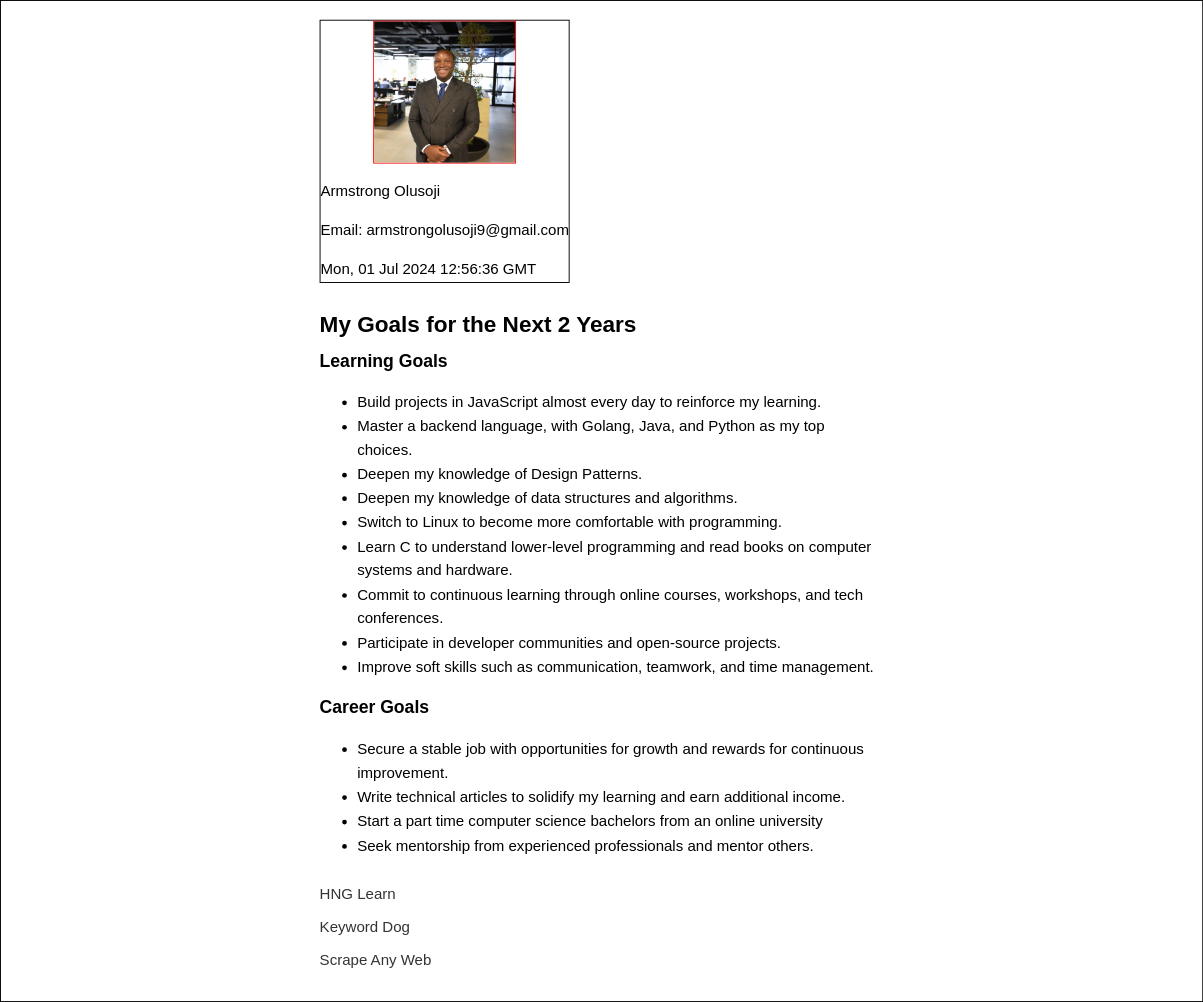
Repository: Armstrong2035/hng-project-one
Page: index.html
These files come from the project's save history. The page is drawn as it stood at one moment and after the next save; the edit follows.
The browser window is 1280 px wide. The pictures show the whole page, at 94% of full size.

Above is the page before, as saved 2024-07-01 16:28:54.

After the next save:
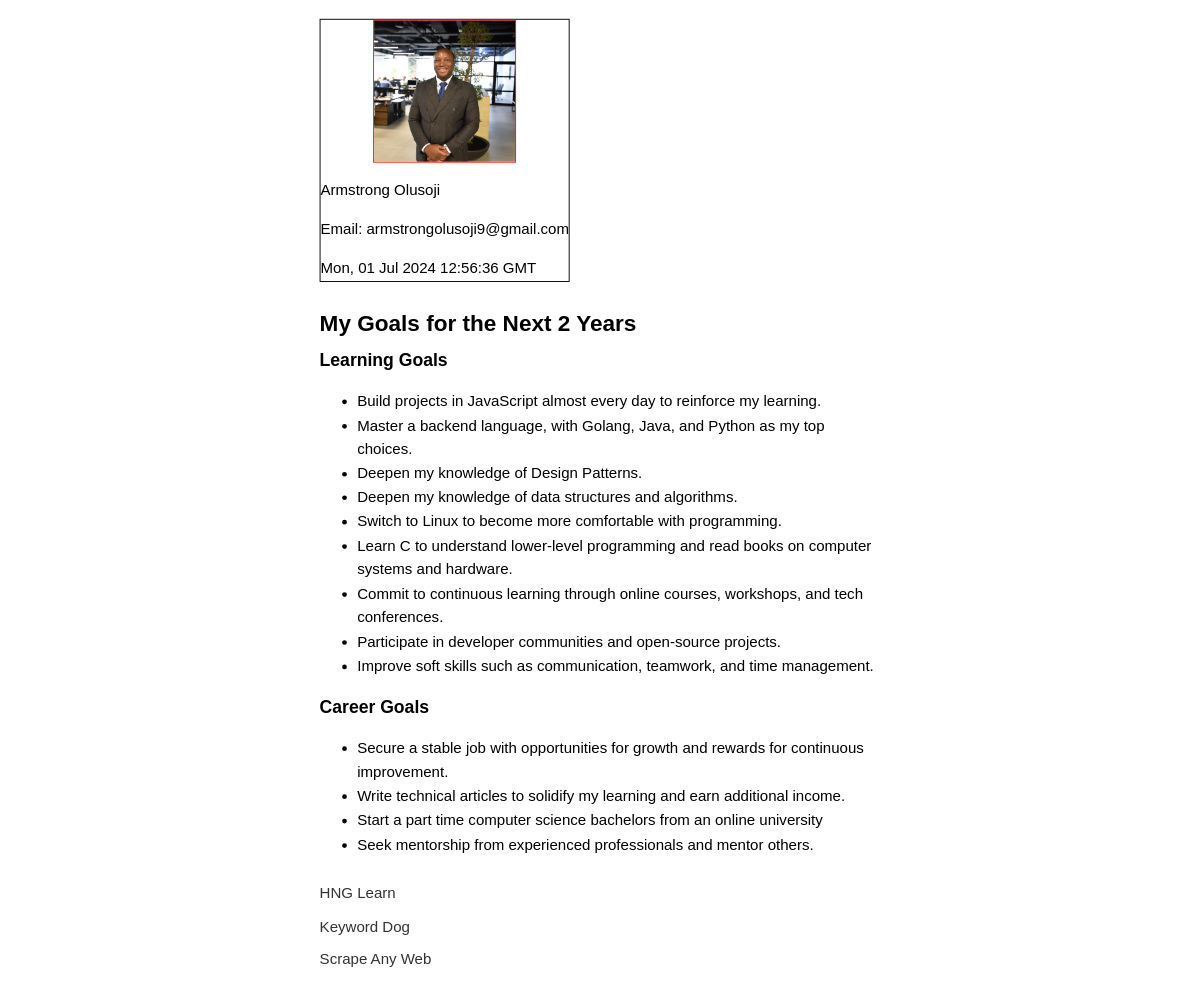
Saved 17 s later.
--- a/style.css
+++ b/style.css
@@ -3,8 +3,6 @@ body {
   line-height: 1.6;
   margin: 0;
   padding: 0;
-
-  border: 1px solid black;
 }
 
 #container {
